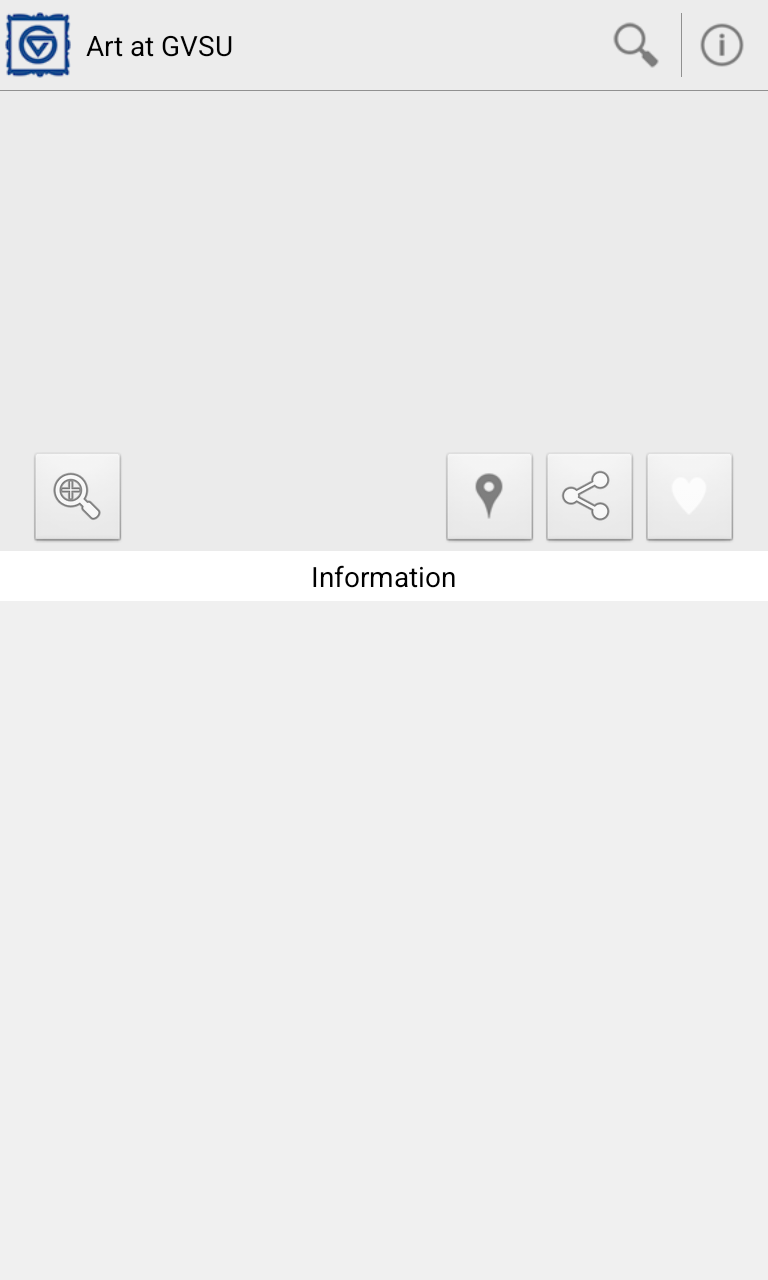
Repository: markminuth/Art-at-GVSU-Android-edition
Layout: version1.0/res/layout/artdetails.xml
An editor plug-in stored every save of this project. The layout is shown before and after the next save, followed by the edit.
It is drawn on a 768 x 1280 px phone screen (xhdpi) without system bars, with theme android:Theme.NoTitleBar; the app's code is not run. Lists and similar views that code fills are empty.

Above is the layout before, as saved 2012-04-19 14:03:13.

After the next save:
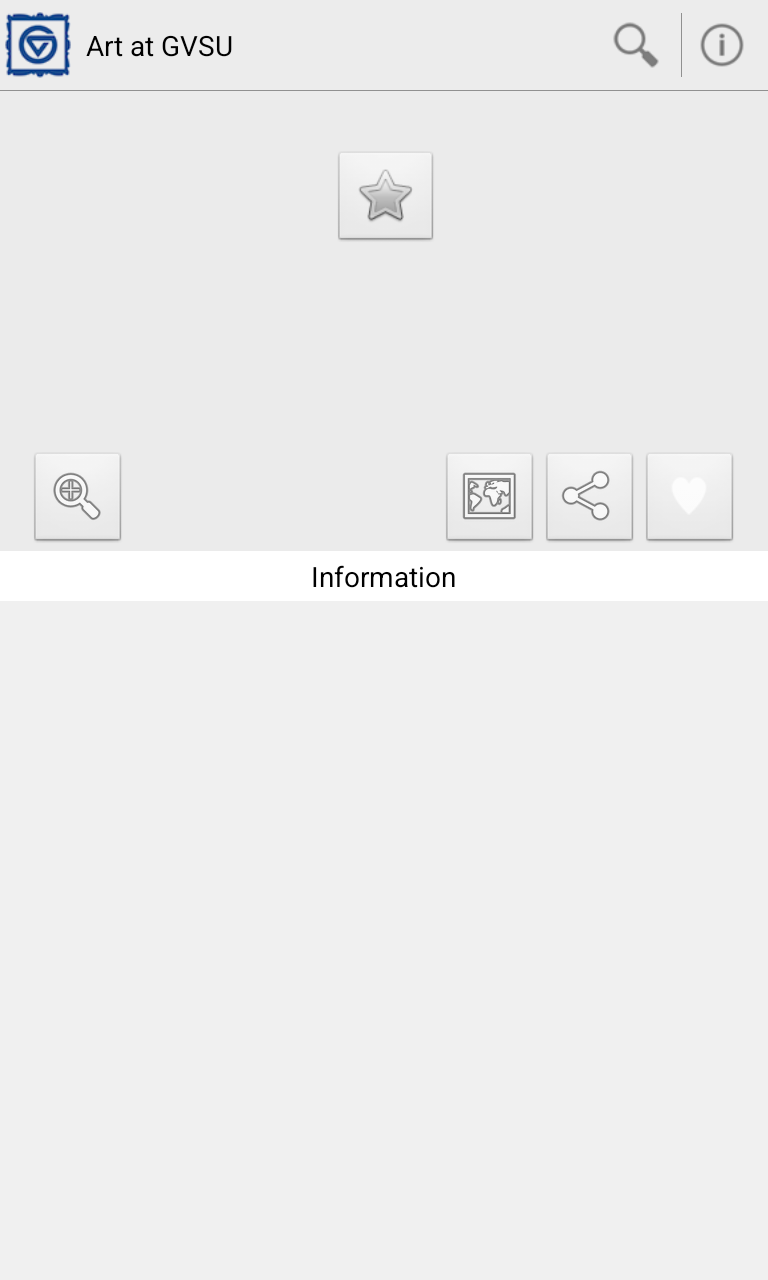
Saved 12 min 42 s later.
--- a/version1.0/res/layout/artdetails.xml
+++ b/version1.0/res/layout/artdetails.xml
@@ -159,7 +159,15 @@
             android:layout_height="50dp"
             android:layout_alignParentBottom="true"
             android:layout_toLeftOf="@+id/shareButton"
-            android:src="@drawable/place_selected" />
+            android:src="@android:drawable/ic_menu_mapmode" />
+
+        <ImageButton
+            android:id="@+id/imageButton2"
+            android:layout_width="wrap_content"
+            android:layout_height="wrap_content"
+            android:layout_below="@+id/artPieceTitle"
+            android:layout_toLeftOf="@+id/imageButton1"
+            android:src="@android:drawable/btn_star" />
 
     </RelativeLayout>
 
